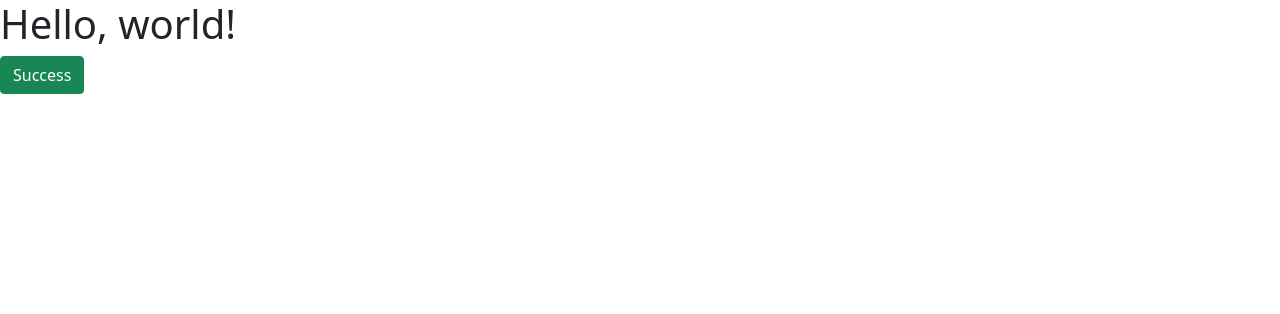
Repository: Marcelinalima/Java_JSP
Page: http://localhost/projeto_pesquisa/texte.jsp
The author's editor kept a copy of each file at every save. The page is drawn from the files as they stood at one save, then again after the next save.
The browser window is 1280 px wide. The pictures show the whole page.
The page is served by Tomcat 9. Other server files are loaded and not shown.

Above is the page before, as saved 2023-04-20 17:11:06.

### projeto_pesquisa/src/main/webapp/texte.jsp
<%@ page language="java" contentType="text/html; charset=ISO-8859-1"
    pageEncoding="ISO-8859-1"%>
<!doctype html>
<html lang="en">
  <head>
    <meta charset="utf-8">
    <meta name="viewport" content="width=device-width, initial-scale=1">

    <!-- Bootstrap CSS -->
    <link href="https://cdn.jsdelivr.net/npm/bootstrap@5.0.2/dist/css/bootstrap.min.css" rel="stylesheet"
     integrity="sha384-EVSTQN3/azprG1Anm3QDgpJLIm9Nao0Yz1ztcQTwFspd3yD65VohhpuuCOmLASjC" crossorigin="anonymous">

    <title>Hello, world!</title>
  </head>
  <body>

   <div class="Container">
      <h1>Hello, world!</h1>
      <button type="button" class="btn btn-success">Success</button>

   </div>



    <script src="https://cdn.jsdelivr.net/npm/bootstrap@5.0.2/dist/js/bootstrap.bundle.min.js"
     integrity="sha384-MrcW6ZMFYlzcLA8Nl+NtUVF0sA7MsXsP1UyJoMp4YLEuNSfAP+JcXn/tWtIaxVXM"
      crossorigin="anonymous"></script>


  </body>
</html>

After the next save:
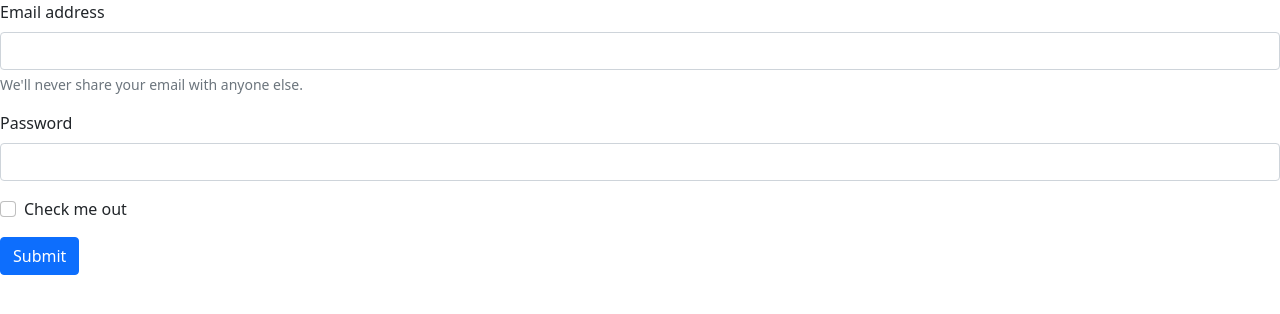
Saved 10 min 4 s later.
--- a/projeto_pesquisa/src/main/webapp/texte.jsp
+++ b/projeto_pesquisa/src/main/webapp/texte.jsp
@@ -15,11 +15,25 @@
   <body>
 
    <div class="Container">
-      <h1>Hello, world!</h1>
-      <button type="button" class="btn btn-success">Success</button>
 
    </div>
+    <form>
+	  <div class="mb-3">
+	    <label for="exampleInputEmail1" class="form-label">Email address</label>
+	    <input type="email" class="form-control" id="exampleInputEmail1" aria-describedby="emailHelp">
+	    <div id="emailHelp" class="form-text">We'll never share your email with anyone else.</div>
+	  </div>
+	  <div class="mb-3">
+	    <label for="exampleInputPassword1" class="form-label">Password</label>
+	    <input type="password" class="form-control" id="exampleInputPassword1">
+	  </div>
+	  <div class="mb-3 form-check">
+	    <input type="checkbox" class="form-check-input" id="exampleCheck1">
+	    <label class="form-check-label" for="exampleCheck1">Check me out</label>
+	  </div>
+	  <button type="submit" class="btn btn-primary">Submit</button>
 
+</form>
 
 
     <script src="https://cdn.jsdelivr.net/npm/bootstrap@5.0.2/dist/js/bootstrap.bundle.min.js"
